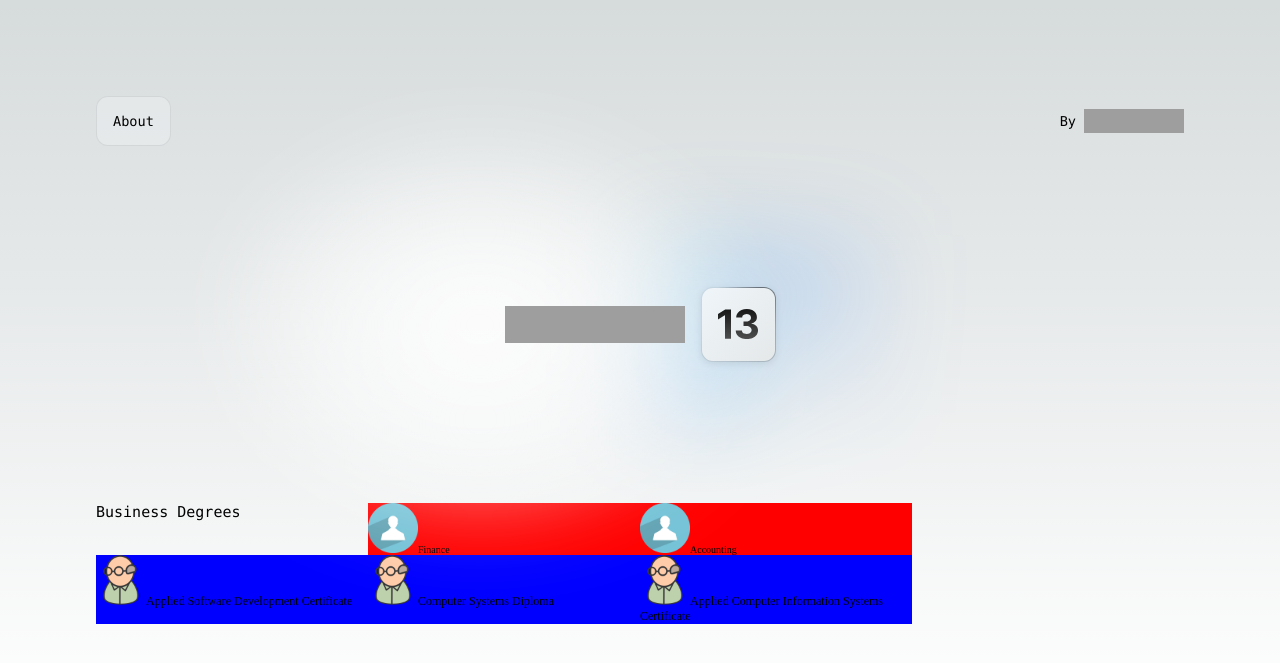
Repository: TeoEstrada9/Week-3-example
Page: /
These files come from the project's save history. The page is drawn as it stood at one moment and after the next save; the edit follows.
The browser window is 1280 px wide. The pictures show the whole page.
Pictures or frames that could not be fetched are drawn as grey boxes. The project was rebuilt for these pictures with package versions that can differ from the ones it lists, and the page was loaded fresh each time. The framework's server and built-in components were replaced by stand-ins that run in the browser. Also part of the build but not shown: next.config.js.

Above is the page before, as saved 2023-01-18 15:37:12.

### pages/index.js
import Head from 'next/head'
import Image from 'next/image'
import { Inter } from '@next/font/google'
import styles from '@/styles/Home.module.css'
import data from '../Data/education.json'
import { useState } from 'react'
import Card from '../Components/Card'
import Link from 'next/link'

const inter = Inter({ subsets: ['latin'] })

export default function Home() {

  console.log(data);
  const [information, setInformation] = useState([...data])



  return (
    <>
      <Head>
        <title>Create Next App</title>
        <meta name="description" content="Generated by create next app" />
        <meta name="viewport" content="width=device-width, initial-scale=1" />
        <link rel="icon" href="/favicon.ico" />
      </Head>
      <main className={styles.main}>
        <div className={styles.description}>
          <p className='about-button'>
           <Link className='about-button' href="about">About</Link>
          </p>
          <div>
            <a
              href="https://vercel.com?utm_source=create-next-app&utm_medium=default-template&utm_campaign=create-next-app"
              target="_blank"
              rel="noopener noreferrer"
            >
              By{' '}
              <Image
                src="/vercel.svg"
                alt="Vercel Logo"
                className={styles.vercelLogo}
                width={100}
                height={24}
                priority
              />
            </a>
          </div>
        </div>

        <div className={styles.center}>
          <Image
            className={styles.logo}
            src="/next.svg"
            alt="Next.js Logo"
            width={180}
            height={37}
            priority
          />
          <div className={styles.thirteen}>
            <Image
              src="/thirteen.svg"
              alt="13"
              width={40}
              height={31}
              priority
            />
          </div>
        </div>

        <div className={styles.grid}>
          <div className='title1'>Business Degrees</div>
          {information && information.map((info, index) => {
            if(info.department === "Business")
            return(
              <Card key={index} degree={info.degree} colour="red" font="10px"/>
            )

          })}

        <div className='title2'>Computing Degrees</div>
          {information && information.map((info, index) => {
            if(info.department === "Computing")
            return(
              <Card key={index} degree={info.degree} colour="blue" font="12px"/>
            )

          })}



        </div>
      </main>
    </>
  )
}

### styles/globals.css
:root {
  --max-width: 1100px;
  --border-radius: 12px;
  --font-mono: ui-monospace, Menlo, Monaco, 'Cascadia Mono', 'Segoe UI Mono',
    'Roboto Mono', 'Oxygen Mono', 'Ubuntu Monospace', 'Source Code Pro',
    'Fira Mono', 'Droid Sans Mono', 'Courier New', monospace;

  --foreground-rgb: 0, 0, 0;
  --background-start-rgb: 214, 219, 220;
  --background-end-rgb: 255, 255, 255;

  --primary-glow: conic-gradient(
    from 180deg at 50% 50%,
    #16abff33 0deg,
    #0885ff33 55deg,
    #54d6ff33 120deg,
    #0071ff33 160deg,
    transparent 360deg
  );
  --secondary-glow: radial-gradient(
    rgba(255, 255, 255, 1),
    rgba(255, 255, 255, 0)
  );

  --tile-start-rgb: 239, 245, 249;
  --tile-end-rgb: 228, 232, 233;
  --tile-border: conic-gradient(
    #00000080,
    #00000040,
    #00000030,
    #00000020,
    #00000010,
    #00000010,
    #00000080
  );

  --callout-rgb: 238, 240, 241;
  --callout-border-rgb: 172, 175, 176;
  --card-rgb: 180, 185, 188;
  --card-border-rgb: 131, 134, 135;
}

@media (prefers-color-scheme: dark) {
  :root {
    --foreground-rgb: 255, 255, 255;
    --background-start-rgb: 0, 0, 0;
    --background-end-rgb: 0, 0, 0;

    --primary-glow: radial-gradient(rgba(1, 65, 255, 0.4), rgba(1, 65, 255, 0));
    --secondary-glow: linear-gradient(
      to bottom right,
      rgba(1, 65, 255, 0),
      rgba(1, 65, 255, 0),
      rgba(1, 65, 255, 0.3)
    );

    --tile-start-rgb: 2, 13, 46;
    --tile-end-rgb: 2, 5, 19;
    --tile-border: conic-gradient(
      #ffffff80,
      #ffffff40,
      #ffffff30,
      #ffffff20,
      #ffffff10,
      #ffffff10,
      #ffffff80
    );

    --callout-rgb: 20, 20, 20;
    --callout-border-rgb: 108, 108, 108;
    --card-rgb: 100, 100, 100;
    --card-border-rgb: 200, 200, 200;
  }
}

* {
  box-sizing: border-box;
  padding: 0;
  margin: 0;
}

html,
body {
  max-width: 100vw;
  overflow-x: hidden;
}

body {
  color: rgb(var(--foreground-rgb));
  background: linear-gradient(
      to bottom,
      transparent,
      rgb(var(--background-end-rgb))
    )
    rgb(var(--background-start-rgb));
}

a {
  color: inherit;
  text-decoration: none;
}



@media (prefers-color-scheme: dark) {
  html {
    color-scheme: dark;
  }
}



.title1 {
  font-size: 15px;
  font-family: var(--font-mono);

}
.title2 {
  font-size: 15px;
  font-family: var(--font-mono);
  margin-left: 429px;
}

.Home_grid__GxQ85 {
  margin: auto;
}

### styles/Home.module.css
.main {
  display: flex;
  flex-direction: column;
  justify-content: space-between;
  align-items: center;
  padding: 6rem;
  min-height: 100vh;
}

.description {
  display: inherit;
  justify-content: inherit;
  align-items: inherit;
  font-size: 0.85rem;
  max-width: var(--max-width);
  width: 100%;
  z-index: 2;
  font-family: var(--font-mono);
}

.description a {
  display: flex;
  justify-content: center;
  align-items: center;
  gap: 0.5rem;
}

.description p {
  position: relative;
  margin: 0;
  padding: 1rem;
  background-color: rgba(var(--callout-rgb), 0.5);
  border: 1px solid rgba(var(--callout-border-rgb), 0.3);
  border-radius: var(--border-radius);
}

.code {
  font-weight: 700;
  font-family: var(--font-mono);
}

.grid {
  display: grid;
  grid-template-columns: repeat(4, minmax(25%, auto));
  width: var(--max-width);
  max-width: 100%;
}

.card {
  padding: 1rem 1.2rem;
  border-radius: var(--border-radius);
  background: rgba(var(--card-rgb), 0);
  border: 1px solid rgba(var(--card-border-rgb), 0);
  transition: background 200ms, border 200ms;
}

.card span {
  display: inline-block;
  transition: transform 200ms;
}

.card h2 {
  font-weight: 600;
  margin-bottom: 0.7rem;
}

.card p {
  margin: 0;
  opacity: 0.6;
  font-size: 0.9rem;
  line-height: 1.5;
  max-width: 30ch;
}

.center {
  display: flex;
  justify-content: center;
  align-items: center;
  position: relative;
  padding: 4rem 0;
}

.center::before {
  background: var(--secondary-glow);
  border-radius: 50%;
  width: 480px;
  height: 360px;
  margin-left: -400px;
}

.center::after {
  background: var(--primary-glow);
  width: 240px;
  height: 180px;
  z-index: -1;
}

.center::before,
.center::after {
  content: '';
  left: 50%;
  position: absolute;
  filter: blur(45px);
  transform: translateZ(0);
}

.logo,
.thirteen {
  position: relative;
}

.thirteen {
  display: flex;
  justify-content: center;
  align-items: center;
  width: 75px;
  height: 75px;
  padding: 25px 10px;
  margin-left: 16px;
  transform: translateZ(0);
  border-radius: var(--border-radius);
  overflow: hidden;
  box-shadow: 0px 2px 8px -1px #0000001a;
}

.thirteen::before,
.thirteen::after {
  content: '';
  position: absolute;
  z-index: -1;
}

/* Conic Gradient Animation */
.thirteen::before {
  animation: 6s rotate linear infinite;
  width: 200%;
  height: 200%;
  background: var(--tile-border);
}

/* Inner Square */
.thirteen::after {
  inset: 0;
  padding: 1px;
  border-radius: var(--border-radius);
  background: linear-gradient(
    to bottom right,
    rgba(var(--tile-start-rgb), 1),
    rgba(var(--tile-end-rgb), 1)
  );
  background-clip: content-box;
}

/* Enable hover only on non-touch devices */
@media (hover: hover) and (pointer: fine) {
  .card:hover {
    background: rgba(var(--card-rgb), 0.1);
    border: 1px solid rgba(var(--card-border-rgb), 0.15);
  }

  .card:hover span {
    transform: translateX(4px);
  }
}

@media (prefers-reduced-motion) {
  .thirteen::before {
    animation: none;
  }

  .card:hover span {
    transform: none;
  }
}

/* Mobile */
@media (max-width: 700px) {
  .content {
    padding: 4rem;
  }

  .grid {
    grid-template-columns: 1fr;
    margin-bottom: 120px;
    max-width: 320px;
    text-align: center;
  }

  .card {
    padding: 1rem 2.5rem;
  }

  .card h2 {
    margin-bottom: 0.5rem;
  }

  .center {
    padding: 8rem 0 6rem;
  }

  .center::before {
    transform: none;
    height: 300px;
  }

  .description {
    font-size: 0.8rem;
  }

  .description a {
    padding: 1rem;
  }

  .description p,
  .description div {
    display: flex;
    justify-content: center;
    position: fixed;
    width: 100%;
  }



  .description p {
    align-items: center;
    inset: 0 0 auto;
    padding: 2rem 1rem 1.4rem;
    border-radius: 0;
    border: none;
    border-bottom: 1px solid rgba(var(--callout-border-rgb), 0.25);
    background: linear-gradient(
      to bottom,
      rgba(var(--background-start-rgb), 1),
      rgba(var(--callout-rgb), 0.5)
    );
    background-clip: padding-box;
    backdrop-filter: blur(24px);
  }

  .description div {
    align-items: flex-end;
    pointer-events: none;
    inset: auto 0 0;
    padding: 2rem;
    height: 200px;
    background: linear-gradient(
      to bottom,
      transparent 0%,
      rgb(var(--background-end-rgb)) 40%
    );
    z-index: 1;
  }
}

/* Tablet and Smaller Desktop */
@media (min-width: 701px) and (max-width: 1120px) {
  .grid {
    grid-template-columns: repeat(2, 50%);
  }
}

@media (prefers-color-scheme: dark) {
  .vercelLogo {
    filter: invert(1);
  }

  .logo,
  .thirteen img {
    filter: invert(1) drop-shadow(0 0 0.3rem #ffffff70);
  }
}

@keyframes rotate {
  from {
    transform: rotate(360deg);
  }
  to {
    transform: rotate(0deg);
  }
}

### Data/education.json
[
        {
            "studentNumber": "A0004567",
            "firstName": "Miguel",
            "gpa": 3.8,
            "department": "Business",
            "degree": "Finance",
            "graduted": 2014
        },
        {
            "studentNumber": "A0001234",
            "firstName": "Ella",
            "gpa": 3.5,
            "department": "Business",
            "degree": "Accounting",
            "graduted": 2010
        },
        {
            "studentNumber": "A0007890",
            "firstName": "Brittney",
            "gpa": 3.2,
            "department": "Computing",
            "degree": "Applied Software Development Certificate",
            "graduted": 2018
        },
        {
            "studentNumber": "A0007828",
            "firstName": "Person 4",
            "gpa": 3.9,
            "department": "Computing",
            "degree": "Computer Systems Diploma",
            "graduted": 2021
        },
        {
            "studentNumber": "A0003425",
            "firstName": "Person 5",
            "gpa": 3.2,
            "department": "Computing",
            "degree": "Applied Computer Information Systems Certificate",
            "graduted": 2021
        }
]

### Components/Card/index.js
export default function Card({
    degree = "none",
    colour = "purple",
    font = "0",
    image = "icon/personTwo.png"
}) {
    return (
        <div style={{backgroundColor: colour, fontSize: font}}>
            {
                colour === "red" ? <img src={'icon/person.png'}width="50"/> :
                colour === "blue" ? <img src={'icon/personThree.png'}width="50"/> :
                                    <img src={'icon/person.png'}width="50"/>
            }
            {degree}

        </div>
    )
}

Loaded but not shown: pages/_app.js (common file); pages/_document.js (common file)

After the next save:
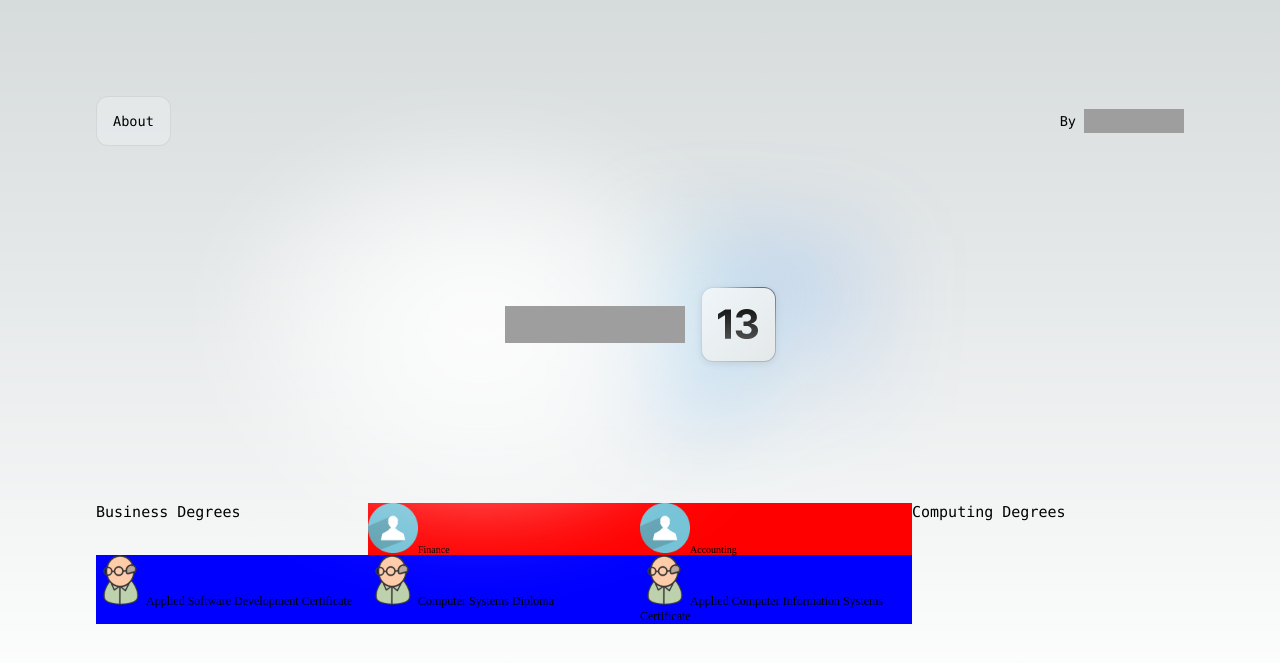
Saved 104 s later.
--- a/styles/globals.css
+++ b/styles/globals.css
@@ -118,7 +118,7 @@
 .title2 {
   font-size: 15px;
   font-family: var(--font-mono);
-  margin-left: 429px;
+  margin-left:
 }
 
 .Home_grid__GxQ85 {
